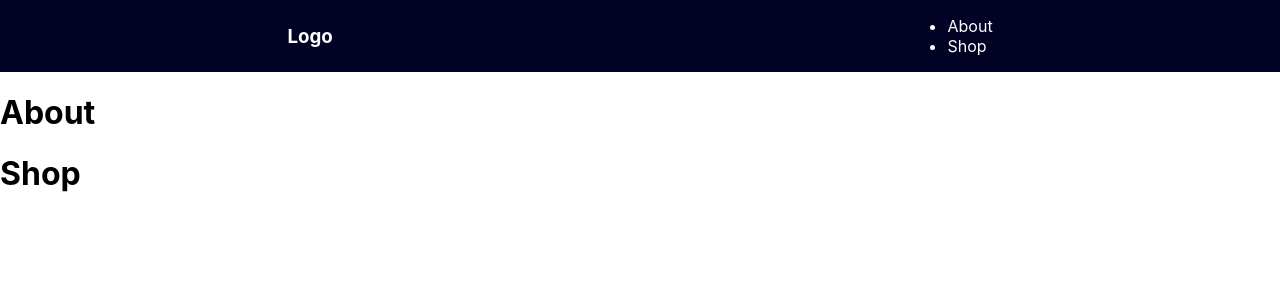
Repository: patrik-fredlund/React-router-tutorial
Page: /shop
The author's editor kept a copy of each file at every save. The page is drawn from the files as they stood at one save, then again after the next save.
The browser window is 1280 px wide. The pictures show the whole page.
The project was rebuilt for these pictures with package versions that can differ from the ones it lists, and the page was loaded fresh each time.

Above is the page before, as saved 2021-04-02 17:09:28.

### public/index.html
<!DOCTYPE html>
<html lang="en">

<head>
  <meta charset="utf-8" />
  <link rel="icon" href="%PUBLIC_URL%/favicon.ico" />
  <meta name="viewport" content="width=device-width, initial-scale=1" />
  <meta name="theme-color" content="#000000" />
  <meta name="description" content="Web site created using create-react-app" />
  <link rel="apple-touch-icon" href="%PUBLIC_URL%/logo192.png" />

  <link rel="manifest" href="%PUBLIC_URL%/manifest.json" />

  <title>React Router tutorial</title>
</head>

<body>
  <noscript>You need to enable JavaScript to run this app.</noscript>
  <div id="root"></div>

</body>

</html>

### src/App.js
import './App.css';
import { Nav } from './Nav';
import { About } from './About';
import { Shop } from './Shop';
import { BrowserRouter as Router, Route } from 'react-router-dom';

function App() {
  return (
    <div>
      <Nav />
      <About />
      <Shop />
    </div>
  );
}

export default App;

### src/App.css
.App {
  text-align: center;
}

nav {
  display: flex;
  justify-content: space-around;
  align-items: center;
  min-height: 10vh;
  background: rgb(2, 2, 36);
  color: white;
}

### src/Nav.js
import React from 'react';

export const Nav = () => {
  return (
    <nav>
      <h3>Logo</h3>
      <ul>
        <li>About</li>
        <li>Shop</li>
      </ul>
    </nav>
  );
};

### src/About.js
import React from 'react';

export const About = () => {
  return (
    <div>
      <h1>About</h1>
    </div>
  );
};

### src/Shop.js
import React from 'react';

export const Shop = () => {
  return (
    <div>
      <h1>Shop</h1>
    </div>
  );
};

Loaded but not shown: src/index.js (common file); src/index.css (common file)

After the next save:
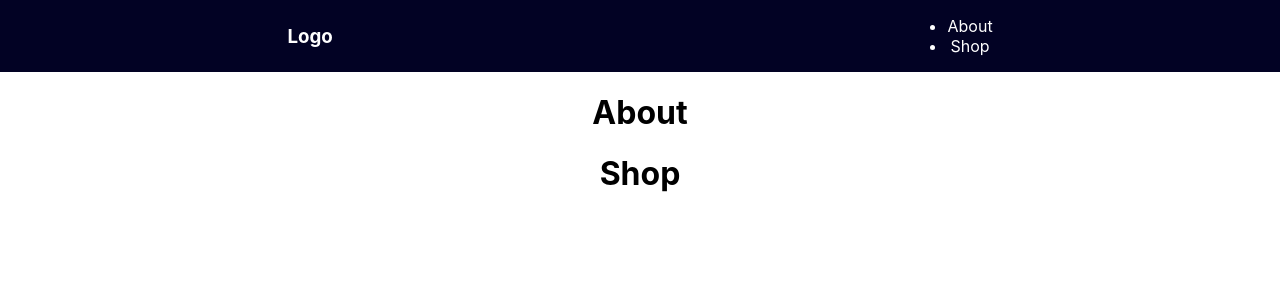
Saved 63 s later.
--- a/src/App.js
+++ b/src/App.js
@@ -6,7 +6,7 @@
 
 function App() {
   return (
-    <div>
+    <div className='App'>
       <Nav />
       <About />
       <Shop />
